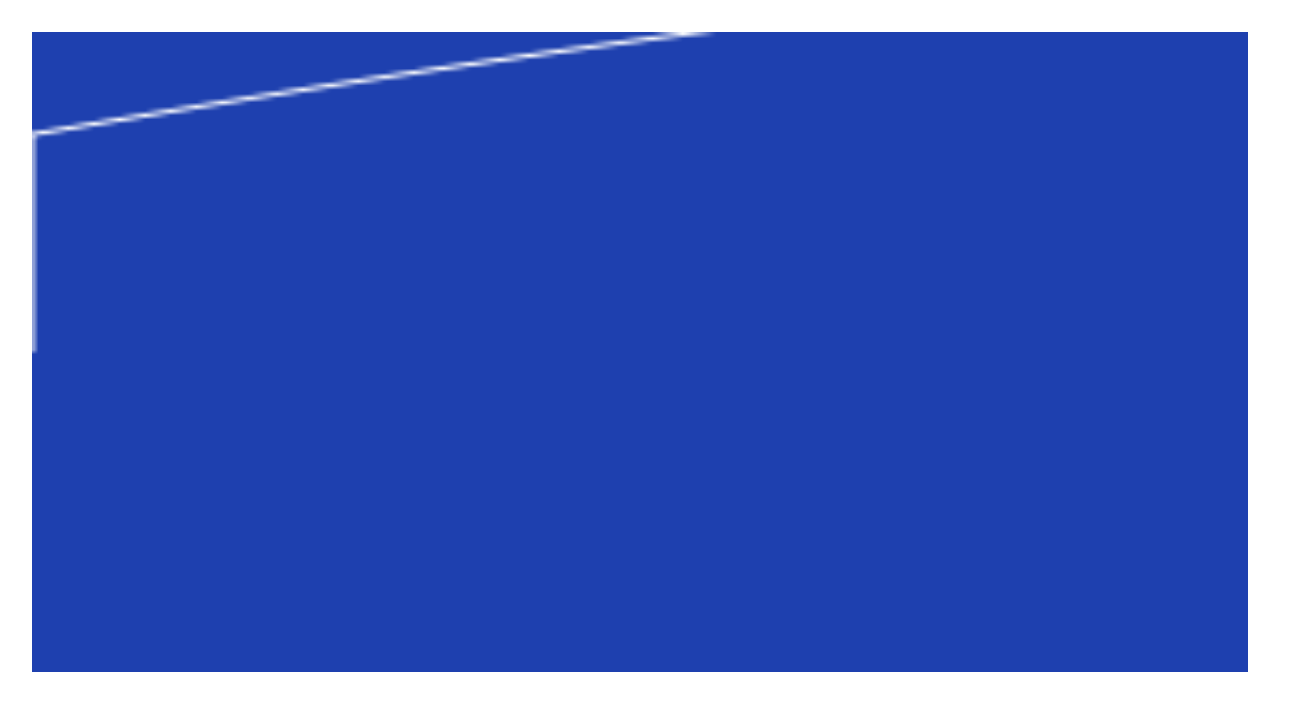
Repository: TMuse333/quantum-experiments
Page: /
The author's editor kept a copy of each file at every save. The page is drawn from the files as they stood at one save, then again after the next save.
The browser window is 1280 px wide. The page is 1312 px wide, so the pictures cover 1312 px, including what lies to the right of the window. The pictures show the whole page.
The project was rebuilt for these pictures with package versions that can differ from the ones it lists, and the page was loaded fresh each time. Also part of the build but not shown: vite.config.ts.

Above is the page before, as saved 2024-06-08 16:20:07.

After the next save:
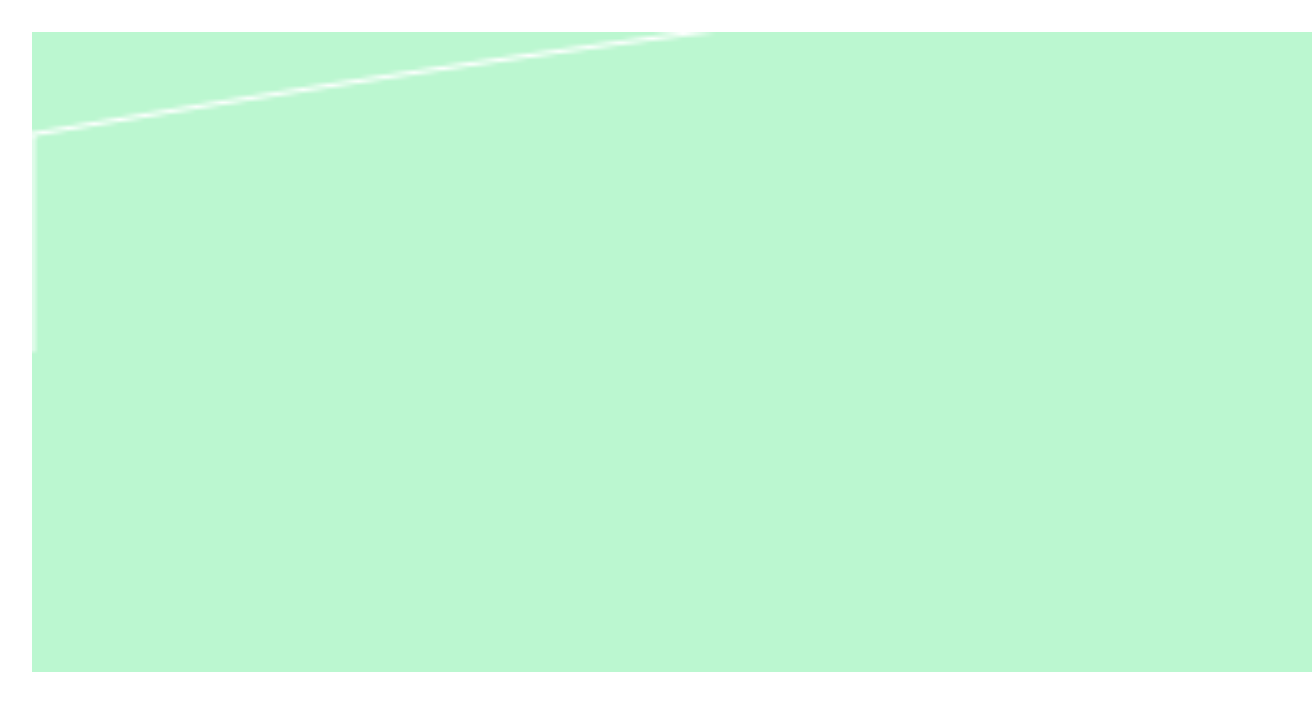
Saved 8 s later.
--- a/src/components/wave/wave.tsx
+++ b/src/components/wave/wave.tsx
@@ -48,7 +48,7 @@ const SineWave: React.FC = () => {
     };
   }, []);
 
-  return <canvas className='w-screen'
+  return <canvas className='w-screen bg-green-200'
    ref={canvasRef} />;
 };
 
